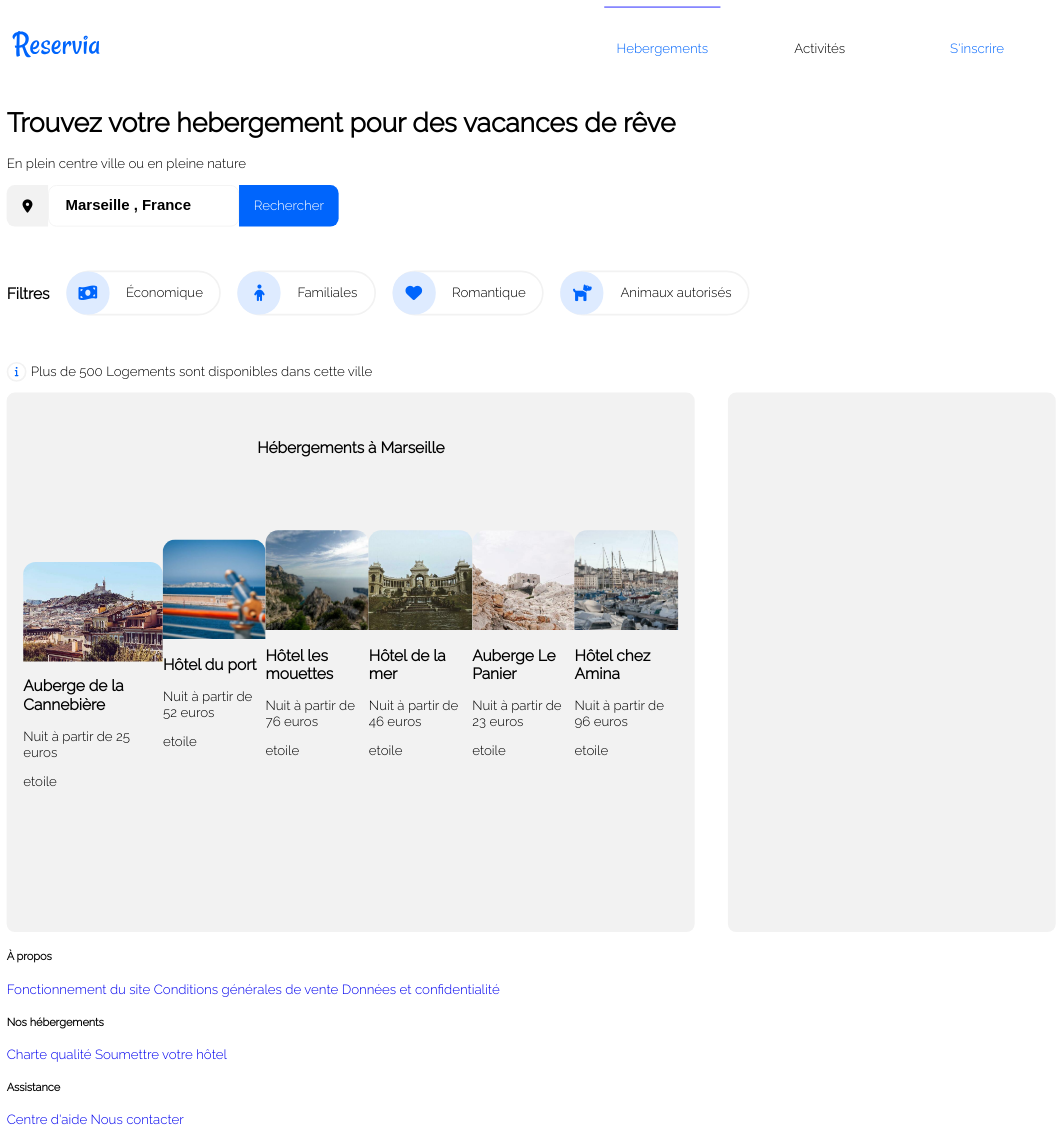
Repository: jaydeeonghub/DYLANBARBARISI_2_16062021
Page: index.html
An editor plug-in stored every save of this project. The page is shown before and after the next save, followed by the edit.
The browser window is 1280 px wide. The pictures show the whole page, at 83% of full size.
Some web libraries are served in a nearby version.

Above is the page before, as saved 2021-07-13 19:50:57.

### index.html
<!DOCTYPE html>
<html lang="fr">
<head>
    <script src="https://kit.fontawesome.com/864c7a6a3c.js" crossorigin="anonymous"></script>
    <link href="//netdna.bootstrapcdn.com/font-awesome/3.2.1/css/font-awesome.css" rel="stylesheet">
    <link rel="preconnect" href="https://fonts.gstatic.com">
    <link href="https://fonts.googleapis.com/css2?family=Raleway:wght@300&display=swap" rel="stylesheet">
    <link rel="stylesheet" href="./Styles.css">
        <meta charset="UTF-8">
        <meta http-equiv="X-UA-Compatible" content="IE=edge">
        <meta name="viewport" content="width=device-width, initial-scale=1.0">
    <title>Reservia</title>
</head>
<body>
    <header>
    <div class="Barre_de_navigation"> <!--Barre de navigation-->
        <div>
        <img
             class="marglogo"
             src="Assets/Logo/Reservia@3x.png"
             alt="Logo Reservia Responsive"
             srcset="Assets/Logo/Reservia.svg"
             width="120px"
             height="50px"
        />
    </div>
<nav class="LiensNav flexAround">
        <div class=" LiensNav2 flexCentre bordureNav">
        <a class="colorBleu decorationNone" href="#Hebergements">Hebergements</a>
    </div>
        <div class="LiensNav2 flexCentre">
        <a class="LiensColor2 decorationNone" href="#Activités">Activités</a>
    </div>
        <div class="LiensNav2 flexCentre">
            <a class="colorBleu decorationNone" href="#S'inscrire">S'inscrire</a></div>
    </nav>
    </header>
<main>
    <h1 class="texteGras">
    Trouvez votre hebergement pour des vacances de rêve
    </h1> <!--Titre d'accroche de la landing page-->
    <p>En plein centre ville ou en pleine nature</p>
    <div class="filtre margFiltreTitre">
        <div class="backGris flexCentre iconSize">
            <i class="fas fa-map-marker-alt"></i></div>
        <div>
            <input
                class="recherche flexCentre bordureSearch paddingSearch"
                type="search"
                value="Marseille , France"
                />
            </div>
        <div class="backBleu flexCentre buttonSearch">Rechercher</div>
          </div>
          <div class="filtre margFiltre">
              <div class="margFiltreTitre"><h3>Filtres</h3></div>
          <div class="flexBetween filtreTexteIcons">
              <i class="fas fa-money-bill-wave fa-lg filtreIcons flexCentre"></i>
              <div class="filtreTexte flexCentre">Économique</div>
          </div>
          <div class="flexBetween filtreTexteIcons">
              <i class="fas fa-child fa-lg filtreIcons flexCentre"></i>
              <div class="filtreTexte flexCentre">Familiales</div>
          </div>
          <div class="flexBetween filtreTexteIcons">
              <i class="fas fa-heart fa-lg filtreIcons flexCentre"></i>
              <div class="filtreTexte flexCentre">Romantique</div>
          </div>
          <div class="flexBetween filtreTexteIcons">
              <i class="fas fa-dog fa-lg filtreIcons flexCentre"></i>
              <div class="filtreTexte flexCentre">Animaux autorisés</div>
          </div>
        </div>
    <div class="info">
        <div class="parentIcon flexCentre">
        <i class="fas fa-info fa-xs colorBleu"></i>
        </div>
    <p>Plus de 500 Logements sont disponibles dans cette ville</p> <!--Nombre approximatif de logements disponibles aux alentours-->
    </div>
    <section class="flexAround">
        <div class="flexColumnAround sizeHebergements backGris blocHebergements">
            <h3>Hébergements à Marseille</h3>
            <div class="bloc1 flexBetween">
                <div class="cubeHebergements">
                    <div class="imgHebergements1"></div>
                    <div>
                        <h3>Auberge de la Cannebière</h3>
                        <p>Nuit à partir de 25 euros</p>
                        <div>etoile</div>
                    </div>
                </div>
                <div>
                    <div class="imgHebergements2"></div>
                    <div>
                        <h3>Hôtel du port</h3>
                        <p>Nuit à partir de 52 euros</p>
                        <div>etoile</div>
                    </div>
                </div>
                <div>
                    <div class="imgHebergements3"></div>
                    <div>
                        <h3>Hôtel les mouettes</h3>
                        <p>Nuit à partir de 76 euros</p>
                        <div>etoile</div>
                    </div>
                </div>
                <div class="bloc2 flexBetween">
                    <div>
                        <div class="imgHebergements4"></div>
                        <div>
                            <h3>Hôtel de la mer</h3>
                            <p>Nuit à partir de 46 euros</p>
                            <div>etoile</div>
                        </div>
                    </div>
                    <div>
                        <div class="imgHebergements5"></div>
                        <div>
                            <h3>Auberge Le Panier</h3>
                            <p>Nuit à partir de 23 euros</p>
                            <div>etoile</div>
                        </div>
                    </div>
                    <div>
                        <div class="imgHebergements6"></div>
                        <div>
                            <h3>Hôtel chez Amina</h3>
                            <p>Nuit à partir de 96 euros</p>
                            <div>etoile</div>
                        </div>
                    </div>
                </div>
                </div>
                <div></div>
                <p></p>
    </div>
    <div class="sizePopulaires backGris"></div>
    </section>
    </main>
    <footer>
        <h5>À propos</h5>
            <a href="#Fonctionnementdusite">Fonctionnement du site</a>
            <a href="#CGV">Conditions générales de vente</a>
            <a href="Confidentialité">Données et confidentialité</a>
        <h5>Nos hébergements</h5>
            <a href="#chartequalité">Charte qualité</a>
            <a href="#Soumettrehôtel">Soumettre votre hôtel</a>
        <h5>Assistance</h5>
            <a href="#Centre d'aide">Centre d'aide</a>
            <a href="#Contact">Nous contacter</a>
    </footer>


</body>
</html>

### Styles.css
*
html,body {font-family: Raleway;}

li {display: inline;}

a {text-decoration: none;}

.flexCentre {

    display: flex;
    justify-content: center;
    align-items: center;
}

.flexAround {

    display: flex;
    justify-content: space-around;
    align-items: center;
}
.flexBetween {
    display: flex;
    justify-content: space-between;
    align-items: center;
}
.flexColumnCentre {

    display: flex;
    flex-direction: column;
    justify-content: center;
    align-items: center;
}

.flexColumnAround {

    display: flex;
    flex-direction: column;
    justify-content: space-around;
    align-items: center;
}
.flexColumnBetween {
    display: flex;
    flex-direction: column;
    justify-content: space-between;
    align-items: center;
}

/* NAV */

.Barre_de_navigation {
    display: flex;
    justify-content: space-between;
    align-items: center;
    font-family: Raleway;
}
.bordureNav {
    border-top: 1px solid blue;
}
.bordureNav2 {
    border-top: 1px solid transparent;
}

.LiensNav {
    width: 45%;
}
.LiensNav2 {
    width: 140px;
    height: 99px;
}
.texteGras {

    font-weight: bold;
}
.sizeNav {
    height: 100px;
}
.LiensColor2 {
    color: black;
}
.marglogo {
    margin-bottom: 7px;
}

/* Colors */

.colorBleu {
    color: #0065fc;
}
.colorBleuClair {
    color: #deebff
}
.colorGris {
    color: #f2f2f2
}
.backBleu {
    background-color: #0065fc;
}
.backBleuClair {
    background-color: #deebff
}
.backGris {
    background-color: #f2f2f2
}

/* HEADER*/

.bordureSearch {
    width: 400px;
    border-radius: 10px;
    border: 0.5px solid #f2f2f2;
}
.paddingSearch {
    padding-left: 20px;
}
.recherche {
    height: 50px;
    width: 230px;
    font-size: 18px;
    color: black;
    font-weight: bold
}
.iconSize {
    height: 50px;
    width: 50px;
    border-radius: 10px 0 0 10px;
}
.buttonSearch {
    height: 50px;
    width: 120px;
    color: white;
    cursor: pointer;
    border-radius: 0 10px 10px 0;
}

/* Filtres */

.filtre {
    display: flex;
    align-items: center;
}
.margFiltre {
    margin-top: 50px;
    margin-bottom: 40px;
}
.margFiltreTitre {
    margin-right: 20px;
}
.filtreTexteIcons {
    border: 2px solid #f2f2f2;
    height: 50px;
    border-radius: 30px;
    margin-right: 20px;
}
.filtreIcons {
    margin-left: -2px;
    border-radius: 25px;
    width: 52px;
    height: 52px;
    color: #0065fc;
    background-color: #deebff;
}
.filtreTexteIcons:hover > .filtreTexte {
    color:#0065fc
}
.filtreTexteIcons:hover > .filtreIcons {
    color:white;
    background-color:#0065fc;
}
.filtreTexte {
    height: 50px;
    padding-left: 20px;
    padding-right: 20px;
    border-radius: 0 25px 25px 0;
}
.bordureNone {
    border-style: none
}
/*Info */

.info {
    display: flex;
    align-items:center
}
.parentIcon {
    width: 20px;
    height: 20px;
    border: 2px solid #f2f2f2;
    border-radius: 25px;
    margin-right:  5px;
}

/* Hebergements */

.sizePopulaires {
    flex: 1;
    height: 650px;
    margin-left: 20px;
    border-radius: 10px;
}
.sizeHebergements {
flex: 2;
height: 650px;
margin-right: 20px;
border-radius: 10px;
}
.imgHebergements1 {
    background-image: url("./Assets/Images/4_small/florian-wehde-xW9e8gdotxI-unsplash.jpg");
    background-size: cover;
    background-position: center;
    width: 100%;
    height: 120px;
    border-radius: 15px 15px 0 0;
}
.imgHebergements2 {
    background-image: url("./Assets/Images/4_small/kevin-hikari-rV_Qd1l-VXg-unsplash.jpg");
    background-size: cover;
    background-position: center;
    width: 100%;
    height: 120px;
    border-radius: 15px 15px 0 0;
}
.imgHebergements3 {
    background-image: url("./Assets/Images/4_small/kilyan-sockalingum-NR8-cBCN3aI-unsplash.jpg");
    background-size: cover;
    background-position: center;
    width: 100%;
    height: 120px;
    border-radius: 15px 15px 0 0;
}
.imgHebergements4 {
    background-image: url("./Assets/Images/4_small/lena-paulin-wH2-EJoDcV0-unsplash.jpg");
    background-size: cover;
    background-position: center;
    width: 100%;
    height: 120px;
    border-radius: 15px 15px 0 0;
}
.imgHebergements5 {
    background-image: url("./Assets/Images/4_small/paul-hermann-QFTrLdQIRhI-unsplash.jpg");
    background-size: cover;
    background-position: center;
    width: 100%;
    height: 120px;
    border-radius: 15px 15px 0 0;
}
.imgHebergements6 {
    background-image: url("./Assets/Images/4_small/reno-laithienne-QUgJhdY5Fyk-unsplash.jpg");
    background-size: cover;
    background-position: center;
    width: 100%;
    height: 120px;
    border-radius: 15px 15px 0 0;
}
.blocHebergements {
    padding-left: 20px;
    padding-right: 20px;
}
.cubeHebergements {
    width: 30%;
    height: 200px;
}

After the next save:
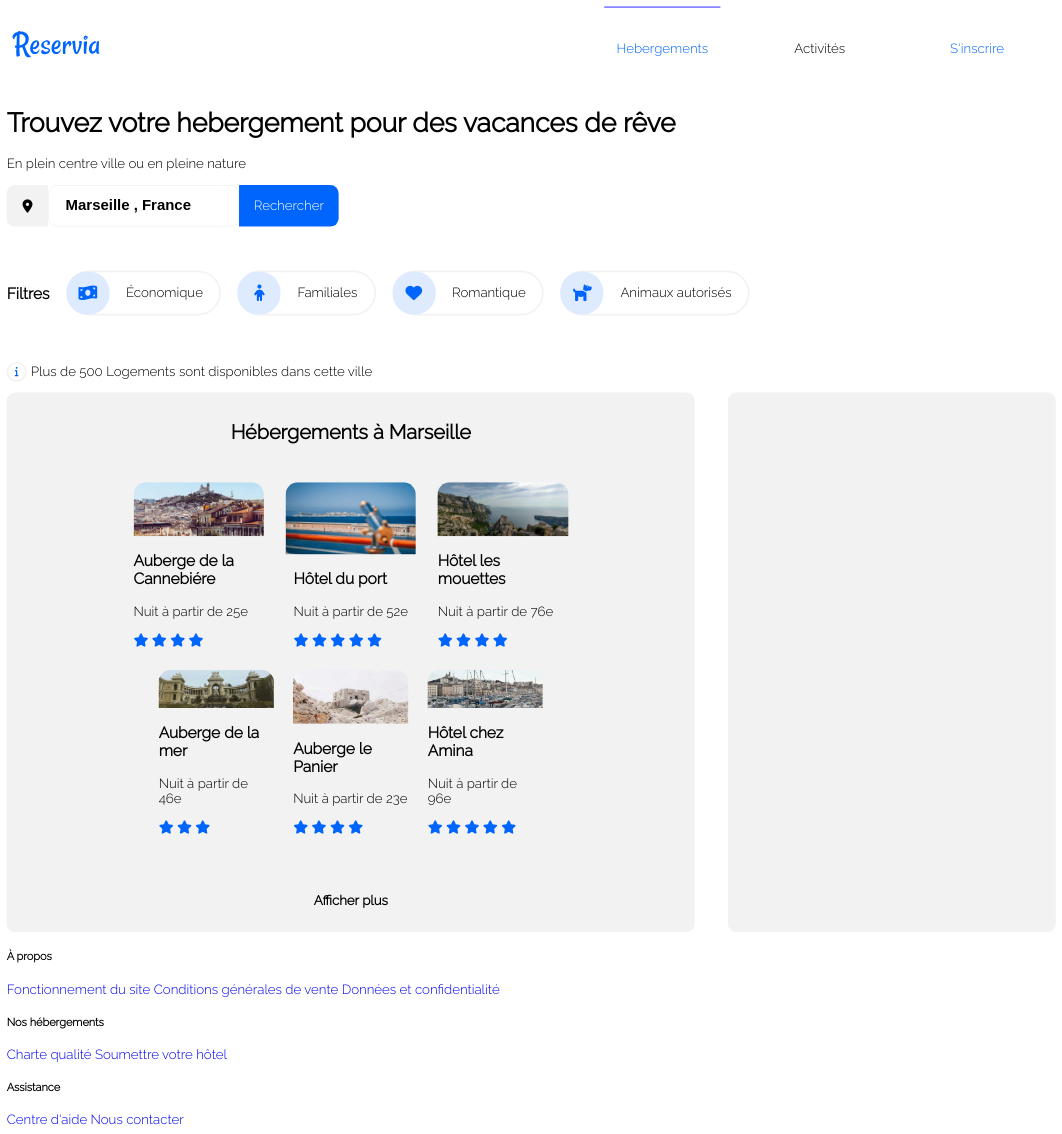
Saved 6 min 32 s later.
--- a/index.html
+++ b/index.html
@@ -77,64 +77,100 @@
         </div>
     <p>Plus de 500 Logements sont disponibles dans cette ville</p> <!--Nombre approximatif de logements disponibles aux alentours-->
     </div>
-    <section class="flexAround">
+    <section id="hebergements" class="flexAround">
         <div class="flexColumnAround sizeHebergements backGris blocHebergements">
-            <h3>Hébergements à Marseille</h3>
-            <div class="bloc1 flexBetween">
-                <div class="cubeHebergements">
-                    <div class="imgHebergements1"></div>
-                    <div>
-                        <h3>Auberge de la Cannebière</h3>
-                        <p>Nuit à partir de 25 euros</p>
-                        <div>etoile</div>
-                    </div>
+          <h2>Hébergements à Marseille</h2>
+          <div class="bloc1 flexBetween">
+            <div class="cubeHebergements flexColumnCentre">
+              <div class="imgHebergements1"></div>
+              <div class="cubeDetailsHebergements">
+                <h3>Auberge de la Cannebiére</h3>
+                <p>Nuit à partir de 25e</p>
+                <div>
+                  <i class="fas fa-star colorBleu"></i>
+                  <i class="fas fa-star colorBleu"></i>
+                  <i class="fas fa-star colorBleu"></i>
+                  <i class="fas fa-star colorBleu"></i>
+                  <i class="fas fa-star colorGris"></i>
                 </div>
+              </div>
+            </div>
+            <div class="cubeHebergements flexColumnCentre">
+              <div class="imgHebergements2"></div>
+              <div class="cubeDetailsHebergements">
+                <h3>Hôtel du port</h3>
+                <p>Nuit à partir de 52e</p>
                 <div>
-                    <div class="imgHebergements2"></div>
-                    <div>
-                        <h3>Hôtel du port</h3>
-                        <p>Nuit à partir de 52 euros</p>
-                        <div>etoile</div>
-                    </div>
+                  <i class="fas fa-star colorBleu"></i>
+                  <i class="fas fa-star colorBleu"></i>
+                  <i class="fas fa-star colorBleu"></i>
+                  <i class="fas fa-star colorBleu"></i>
+                  <i class="fas fa-star colorBleu"></i>
                 </div>
+              </div>
+            </div>
+            <div class="cubeHebergements flexColumnCentre">
+              <div class="imgHebergements3"></div>
+              <div class="cubeDetailsHebergements">
+                <h3>Hôtel les mouettes</h3>
+                <p>Nuit à partir de 76e</p>
                 <div>
-                    <div class="imgHebergements3"></div>
-                    <div>
-                        <h3>Hôtel les mouettes</h3>
-                        <p>Nuit à partir de 76 euros</p>
-                        <div>etoile</div>
-                    </div>
+                  <i class="fas fa-star colorBleu"></i>
+                  <i class="fas fa-star colorBleu"></i>
+                  <i class="fas fa-star colorBleu"></i>
+                  <i class="fas fa-star colorBleu"></i>
+                  <i class="fas fa-star colorGris"></i>
                 </div>
-                <div class="bloc2 flexBetween">
-                    <div>
-                        <div class="imgHebergements4"></div>
-                        <div>
-                            <h3>Hôtel de la mer</h3>
-                            <p>Nuit à partir de 46 euros</p>
-                            <div>etoile</div>
-                        </div>
-                    </div>
-                    <div>
-                        <div class="imgHebergements5"></div>
-                        <div>
-                            <h3>Auberge Le Panier</h3>
-                            <p>Nuit à partir de 23 euros</p>
-                            <div>etoile</div>
-                        </div>
-                    </div>
-                    <div>
-                        <div class="imgHebergements6"></div>
-                        <div>
-                            <h3>Hôtel chez Amina</h3>
-                            <p>Nuit à partir de 96 euros</p>
-                            <div>etoile</div>
-                        </div>
-                    </div>
+              </div>
+            </div>
+          </div>
+          <div class="bloc2 flexBetween">
+            <div class="cubeHebergements flexColumnCentre">
+              <div class="imgHebergements4"></div>
+              <div class="cubeDetailsHebergements">
+                <h3>Auberge de la mer</h3>
+                <p>Nuit à partir de 46e</p>
+                <div>
+                  <i class="fas fa-star colorBleu"></i>
+                  <i class="fas fa-star colorBleu"></i>
+                  <i class="fas fa-star colorBleu"></i>
+                  <i class="fas fa-star colorGris"></i>
+                  <i class="fas fa-star colorGris"></i>
                 </div>
+              </div>
+            </div>
+            <div class="cubeHebergements flexColumnCentre">
+              <div class="imgHebergements5"></div>
+              <div class="cubeDetailsHebergements">
+                <h3>Auberge le Panier</h3>
+                <p>Nuit à partir de 23e</p>
+                <div>
+                  <i class="fas fa-star colorBleu"></i>
+                  <i class="fas fa-star colorBleu"></i>
+                  <i class="fas fa-star colorBleu"></i>
+                  <i class="fas fa-star colorBleu"></i>
+                  <i class="fas fa-star colorGris"></i>
                 </div>
-                <div></div>
-                <p></p>
-    </div>
+              </div>
+            </div>
+            <div class="cubeHebergements flexColumnCentre">
+              <div class="imgHebergements6"></div>
+              <div class="cubeDetailsHebergements">
+                <h3>Hôtel chez Amina</h3>
+                <p>Nuit à partir de 96e</p>
+                <div>
+                  <i class="fas fa-star colorBleu"></i>
+                  <i class="fas fa-star colorBleu"></i>
+                  <i class="fas fa-star colorBleu"></i>
+                  <i class="fas fa-star colorBleu"></i>
+                  <i class="fas fa-star colorBleu"></i>
+                </div>
+              </div>
+            </div>
+          </div>
+          <div></div>
+          <p class="texteGras">Afficher plus</p>
+        </div>
     <div class="sizePopulaires backGris"></div>
     </section>
     </main>
